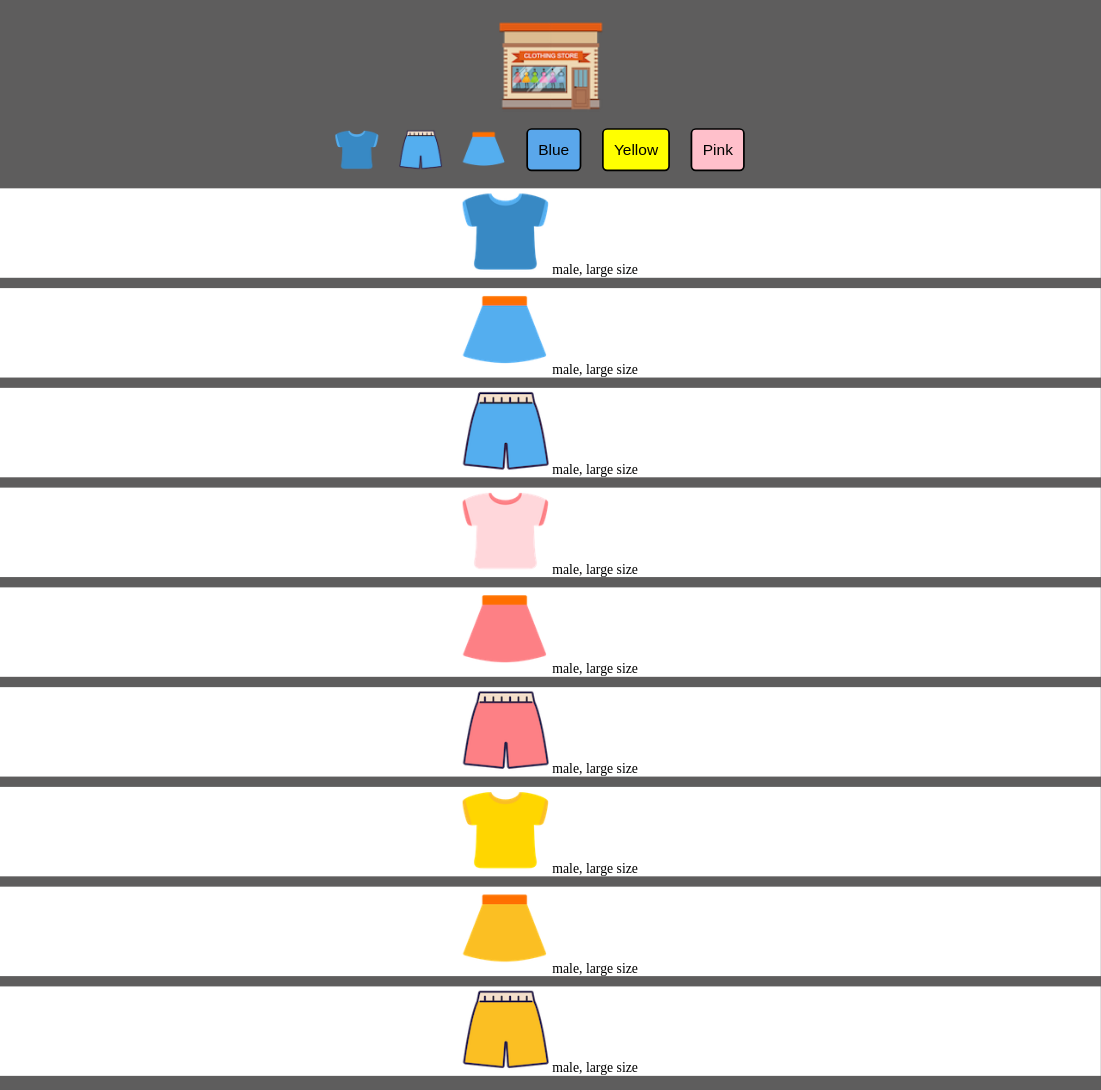
Repository: keehoonjung/Shoppingmall-Game
Page: index.html
The author's editor kept a copy of each file at every save. The page is drawn from the files as they stood at one save, then again after a run of saves.
The browser window is 1280 px wide. The pictures show the whole page, at 86% of full size.

Above is the page before, as saved 2021-08-12 13:43:38.

After the next 3 saves:
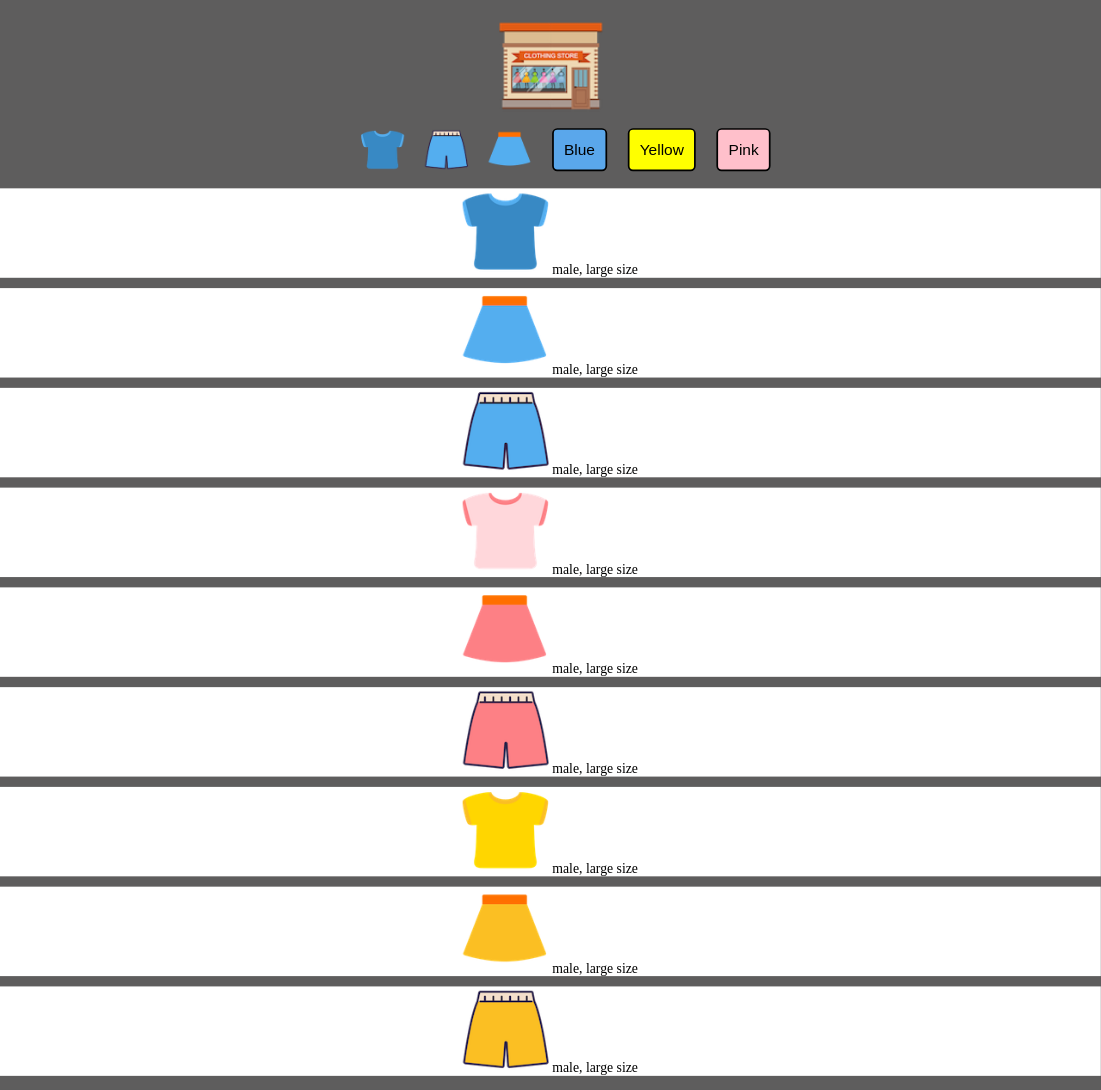
The 3 saves are shown as one change because they came seconds apart.
The last was saved 62 s later.
--- a/style.css
+++ b/style.css
@@ -35,6 +35,7 @@ header {
   justify-content: center;
   margin: 0;
   padding: 0;
+  padding-left: 60px;
 }
 
 .filter__btn {
